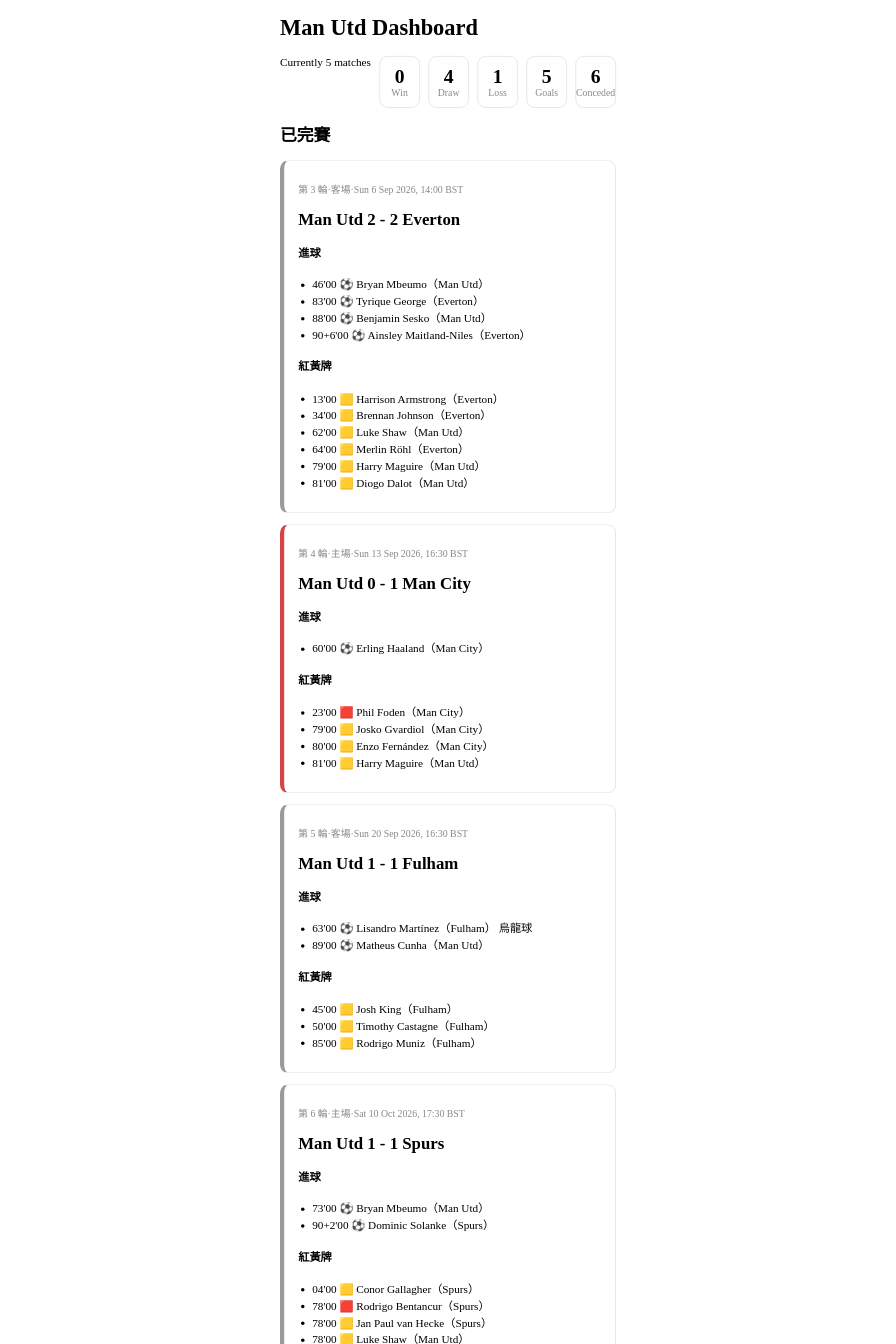
Repository: Chengyu0814/Premier-League-Dashboard
Page: / (app in frontend/)
An editor plug-in stored every save of this project. The page is shown before and after a run of saves, followed by the edit.
The browser window is 1280 px wide. The pictures show the part of the page from y = 0 to 1920 px (the page is 3004 px tall), at 70% of full size.
The project was rebuilt for these pictures with package versions that can differ from the ones it lists, and the page was loaded fresh each time. Also part of the build but not shown: frontend/vite.config.js.

Above is the page before, as saved 2026-10-27 14:05:54.

### frontend/src/App.jsx
import PremierLeague from'./PremierLeague.jsx';
import "./index.css";

function App() {

  return (
    <>
    <PremierLeague/>
    </>
)
}

export default App

### frontend/src/PremierLeague.jsx
import { useState, useEffect } from 'react'
import MatchCard from './MatchCard.jsx'
 import Summary from './Summary.jsx'

function PremierLeague() {

  const [matches, setMatches] = useState([])

  useEffect(() => {
    fetch('/man_utd_summary.json')
      .then((res) => res.json())
      .then((data) => {setMatches(data)})
    }, [])

  const finished = matches.filter((m) => m.status === 'C')
  const upcoming = matches.filter((m) => m.status === 'U')

  return (
    <div className="dashboard">
    <h1>Man Utd Dashboard</h1>
    <Summary matches={finished}/>
     <h2>已完賽</h2>
    {finished.map(
      (m) =>(<MatchCard key={m.gameweek} match={m} />)
    )}
    <h2>即將進行</h2>
    {upcoming.map((m) => <MatchCard key={m.gameweek} match={m} />)}
    </div>
)
}

export default PremierLeague

### frontend/src/index.css
.dashboard {
    max-width: 480px;
    margin: 0 auto;
    padding: 0 16px;
}

.match-card{
    border: 1px solid #ddd;
    border-radius: 12px;
    padding: 16px 20px;
    margin: 16px 0;
    max-width: 480px;
    text-align: left;
}

.match-card.result-W { border-left: 6px solid #2e9e5b; }
.match-card.result-D { border-left: 6px solid #9a9a9a; }
.match-card.result-L { border-left: 6px solid #d64545; }

.match-card .kickoff{
    color: #888;
    font-size: 14px;
}

.match-card ul{
    padding-left: 20px;
}

.summary {
    display: flex;
    gap: 12px;
    max-width: 480px;
}
.stat {
    flex: 1;
    border: 1px solid #ddd;
    border-radius: 12px;
    padding: 12px 0;
    text-align: center;
}
.stat-value {
    font-size: 28px;
    font-weight: bold;
}
.stat-label {
    color: #888;
    font-size: 14px;
}
.match-card.upcoming {
    border-style: dashed;
  }

### frontend/src/MatchCard.jsx
import { getSides, getResult } from './matchUtils.js'

const CARD_LABEL = { Y: '🟨', R: '🟥', YR: '🟨🟥' }

function MatchCard({ match }) {
  const { gameweek, kickoff, status, goals, cards } = match
  const { isHome, us, them } = getSides(match)
  const venue = isHome ? '主場' : '客場'

  if (status !== 'C') {
  return (
    <div className="match-card upcoming">
      <p className="kickoff">第 {gameweek} 輪·{venue}·{kickoff}</p>
      <h2>{us.team} vs {them.team}</h2>
    </div>
  )
  }
  const { result } = getResult(match)
  return (
  <div className={`match-card result-${result}`}>
    <p className="kickoff">第 {gameweek} 輪·{venue}·{kickoff}</p>
    <h2>{us.team} {us.score} - {them.score} {them.team}</h2>

    <h4>進球</h4>
    <ul>
    {goals.map((g, i) => (
      <li key={i}>
        {g.time} ⚽ {g.player}（{g.team}）
        {g.type === 'O' && ' 烏龍球'}
        {g.type === 'P' && ' 點球'}
      </li>
      ))}

    </ul>
    <h4>紅黃牌</h4>
    <ul>
      {cards.map((c, i) => (
        <li key={i}>
          {c.time} {CARD_LABEL[c.card]} {c.player}（{c.team}）
        </li>
    ))}
    </ul>
  </div>
  )
}

export default MatchCard

### frontend/src/Summary.jsx
import { getResult } from './matchUtils.js'

function Summary({ matches }) {
    let win = 0, draw = 0, loss = 0, goalsFor = 0, goalsAgainst = 0

    for (const m of matches) {

        const {us, them, result} = getResult(m)

        goalsFor += us.score
        goalsAgainst += them.score
        if (result==="W") win++
        else if (result==="D") draw++
        else loss++
    }

    const stats = [
        { label: 'Win', value: win },
        { label: 'Draw', value: draw },
        { label: 'Loss', value: loss },
        { label: 'Goals', value: goalsFor },
        { label: 'Conceded', value: goalsAgainst }
    ]

    return (
    <div className="summary">
        <div>Currently {matches.length} matches</div>
        {stats.map((s) => (
        <div key={s.label} className="stat">
            <div className="stat-value">{s.value}</div>
            <div className="stat-label">{s.label}</div>
        </div>
        ))}
    </div>
    )
}

export default Summary

### frontend/src/matchUtils.js
export const TEAM = 'Man Utd'

export function getSides(match) {
    const isHome = match.home.team === TEAM
    const us = isHome ? match.home : match.away
    const them = isHome ? match.away : match.home
    return { isHome, us, them }
}

export function getResult(match) {
    const { us, them } = getSides(match)

    let result = 'D'
    if (us.score > them.score) result = 'W'
    else if (us.score < them.score) result = 'L'

    return { us, them, result }
}

### frontend/public/man_utd_summary.json
[
  {
    "gameweek": 3,
    "kickoff": "Sun 6 Sep 2026, 14:00 BST",
    "status": "C",
    "home": {
      "team": "Everton",
      "score": 2
    },
    "away": {
      "team": "Man Utd",
      "score": 2
    },
    "goals": [
      {
        "time": "46'00",
        "team": "Man Utd",
        "player": "Bryan Mbeumo",
        "type": "G"
      },
      {
        "time": "83'00",
        "team": "Everton",
        "player": "Tyrique George",
        "type": "G"
      },
      {
        "time": "88'00",
        "team": "Man Utd",
        "player": "Benjamin Sesko",
        "type": "G"
      },
      {
        "time": "90+6'00",
        "team": "Everton",
        "player": "Ainsley Maitland-Niles",
        "type": "G"
      }
    ],
    "cards": [
      {
        "time": "13'00",
        "team": "Everton",
        "player": "Harrison Armstrong",
        "card": "Y"
      },
      {
        "time": "34'00",
        "team": "Everton",
        "player": "Brennan Johnson",
        "card": "Y"
      },
      {
        "time": "62'00",
        "team": "Man Utd",
        "player": "Luke Shaw",
        "card": "Y"
      },
      {
        "time": "64'00",
        "team": "Everton",
        "player": "Merlin Röhl",
        "card": "Y"
      },
      {
        "time": "79'00",
        "team": "Man Utd",
        "player": "Harry Maguire",
        "card": "Y"
      },
      {
        "time": "81'00",
        "team": "Man Utd",
        "player": "Diogo Dalot",
        "card": "Y"
      }
    ]
  },
  {
    "gameweek": 4,
    "kickoff": "Sun 13 Sep 2026, 16:30 BST",
    "status": "C",
    "home": {
      "team": "Man Utd",
      "score": 0
    },
    "away": {
      "team": "Man City",
      "score": 1
    },
    "goals": [
      {
        "time": "60'00",
        "team": "Man City",
        "player": "Erling Haaland",
        "type": "G"
      }
    ],
    "cards": [
      {
        "time": "23'00",
        "team": "Man City",
        "player": "Phil Foden",
        "card": "R"
      },
      {
        "time": "79'00",
        "team": "Man City",
        "player": "Josko Gvardiol",
        "card": "Y"
      },
      {
        "time": "80'00",
        "team": "Man City",
        "player": "Enzo Fernández",
        "card": "Y"
      },
      {
        "time": "81'00",
        "team": "Man Utd",
        "player": "Harry Maguire",
        "card": "Y"
      }
    ]
  },
  {
    "gameweek": 5,
    "kickoff": "Sun 20 Sep 2026, 16:30 BST",
    "status": "C",
    "home": {
      "team": "Fulham",
      "score": 1
    },
    "away": {
      "team": "Man Utd",
      "score": 1
    },
    "goals": [
      {
        "time": "63'00",
        "team": "Fulham",
        "player": "Lisandro Martínez",
        "type": "O"
      },
      {
        "time": "89'00",
        "team": "Man Utd",
        "player": "Matheus Cunha",
        "type": "G"
      }
    ],
    "cards": [
      {
        "time": "45'00",
        "team": "Fulham",
        "player": "Josh King",
        "card": "Y"
      },
      {
        "time": "50'00",
        "team": "Fulham",
        "player": "Timothy Castagne",
        "card": "Y"
      },
      {
        "time": "85'00",
        "team": "Fulham",
        "player": "Rodrigo Muniz",
        "card": "Y"
      }
    ]
  },
  {
    "gameweek": 6,
    "kickoff": "Sat 10 Oct 2026, 17:30 BST",
    "status": "C",
    "home": {
      "team": "Man Utd",
      "score": 1
    },
    "away": {
      "team": "Spurs",
      "score": 1
    },
    "goals": [
      {
        "time": "73'00",
        "team": "Man Utd",
        "player": "Bryan Mbeumo",
        "type": "G"
      },
      {
        "time": "90+2'00",
        "team": "Spurs",
        "player": "Dominic Solanke",
        "type": "G"
      }
    ],
    "cards": [
      {
        "time": "04'00",
        "team": "Spurs",
        "player": "Conor Gallagher",
        "card": "Y"
      },
      {
        "time": "78'00",
        "team": "Spurs",
        "player": "Rodrigo Bentancur",
        "card": "R"
      },
      {
        "time": "78'00",
        "team": "Spurs",
        "player": "Jan Paul van Hecke",
        "card": "Y"
      },
      {
        "time": "78'00",
        "team": "Man Utd",
        "player": "Luke Shaw",
        "card": "Y"
      },
      {
        "time": "84'00",
        "team": "Man Utd",
        "player": "Bruno Fernandes",
        "card": "Y"
      },
      {
        "time": "87'00",
        "team": "Man Utd",
        "player": "Lisandro Martínez",
        "card": "Y"
      },
      {
        "time": "90+6'00",
        "team": "Man Utd",
        "player": "Diogo Dalot",
        "card": "Y"
      },
      {
        "time": "90+8'00",
        "team": "Spurs",
        "player": "Archie Gray",
        "card": "Y"
      }
    ]
  },
  {
    "gameweek": 7,
    "kickoff": "Sun 18 Oct 2026, 14:00 BST",
    "status": "C",
    "home": {
      "team": "Leeds",
      "score": 1
    },
    "away": {
      "team": "Man Utd",
      "score": 1
    },
    "goals": [
      {
        "time": "35'00",
        "team": "Man Utd",
        "player": "Bryan Mbeumo",
        "type": "G"
      },
      {
        "time": "51'00",
        "team": "Leeds",
        "player": "Dominic Calvert-Lewin",
        "type": "G"
      }
    ],
    "cards": [
      {
        "time": "17'00",
        "team": "Man Utd",
        "player": "Bruno Fernandes",
        "card": "Y"
      },
      {
        "time": "19'00",
        "team": "Leeds",
        "player": "Gabriel Gudmundsson",
        "card": "Y"
      },
      {
        "time": "90+2'00",
        "team": "Man Utd",
        "player": "Andrey Santos",
        "card": "Y"
      },
      {
        "time": "90+2'00",
        "team": "Leeds",
        "player": "Ethan Ampadu",
        "card": "Y"
      }
    ]
  },
  {
    "gameweek": 8,
    "kickoff": "Sun 25 Oct 2026, 14:00 GMT",
    "status": "U",
    "home": {
      "team": "Man Utd",
      "score": null
    },
    "away": {
      "team": "Bournemouth",
      "score": null
    },
    "goals": [],
    "cards": []
  },
  {
    "gameweek": 9,
    "kickoff": "Sat 31 Oct 2026, 12:30 GMT",
    "status": "U",
    "home": {
      "team": "Chelsea",
      "score": null
    },
    "away": {
      "team": "Man Utd",
      "score": null
    },
    "goals": [],
    "cards": []
  },
  {
    "gameweek": 10,
    "kickoff": "Sun 8 Nov 2026, 16:30 GMT",
    "status": "U",
    "home": {
      "team": "Man Utd",
      "score": null
    },
    "away": {
      "team": "Aston Villa",
      "score": null
    },
    "goals": [],
    "cards": []
  }
]

Loaded but not shown: frontend/index.html (common file); frontend/src/main.jsx (common file)

After the next 3 saves:
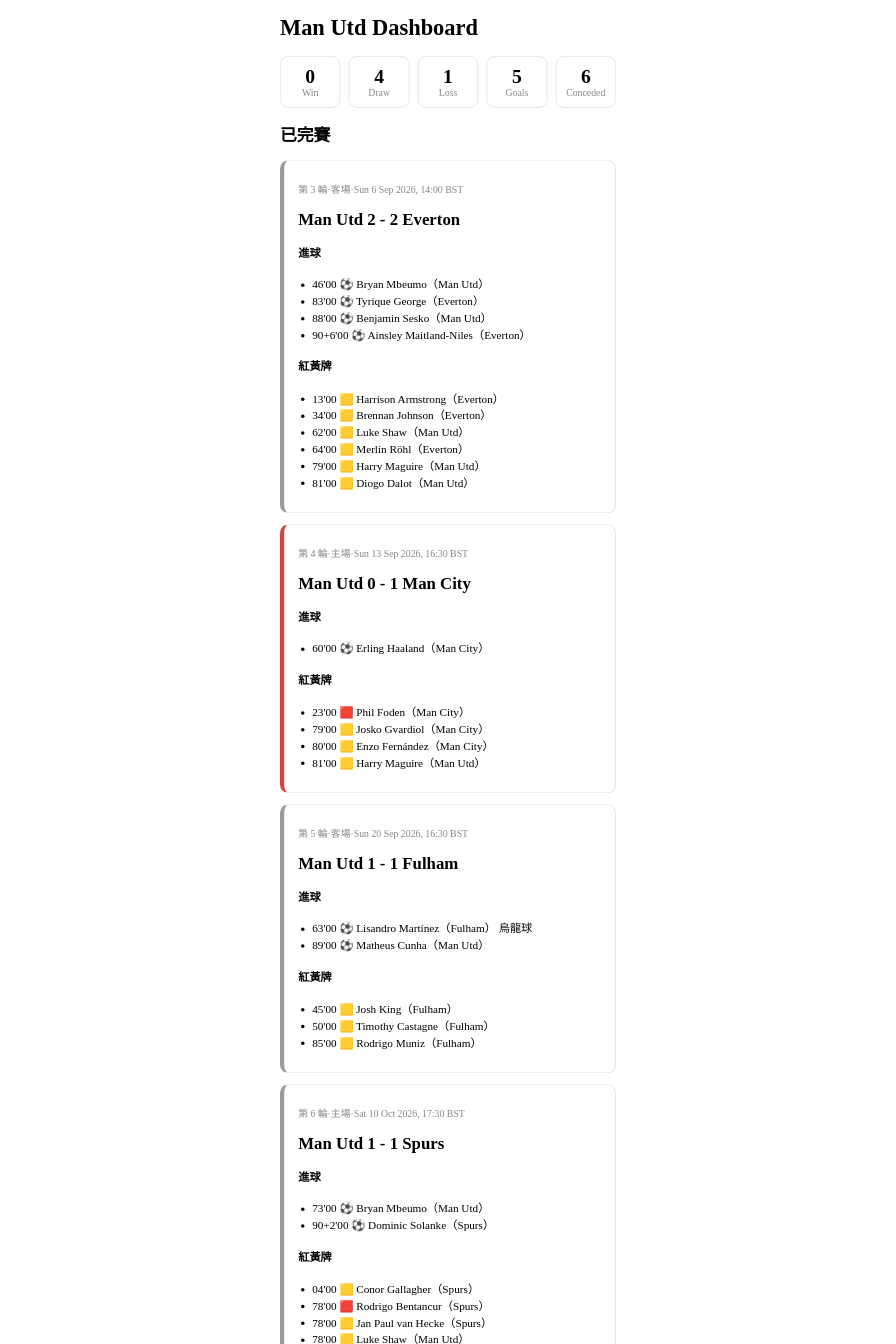
The 3 saves are shown as one change because 1 did not build or start and some came seconds apart.
The last was saved 119 s later.
--- a/frontend/src/Summary.jsx
+++ b/frontend/src/Summary.jsx
@@ -23,8 +23,8 @@
     ]
 
     return (
+
     <div className="summary">
-        <div>Currently {matches.length} matches</div>
         {stats.map((s) => (
         <div key={s.label} className="stat">
             <div className="stat-value">{s.value}</div>
